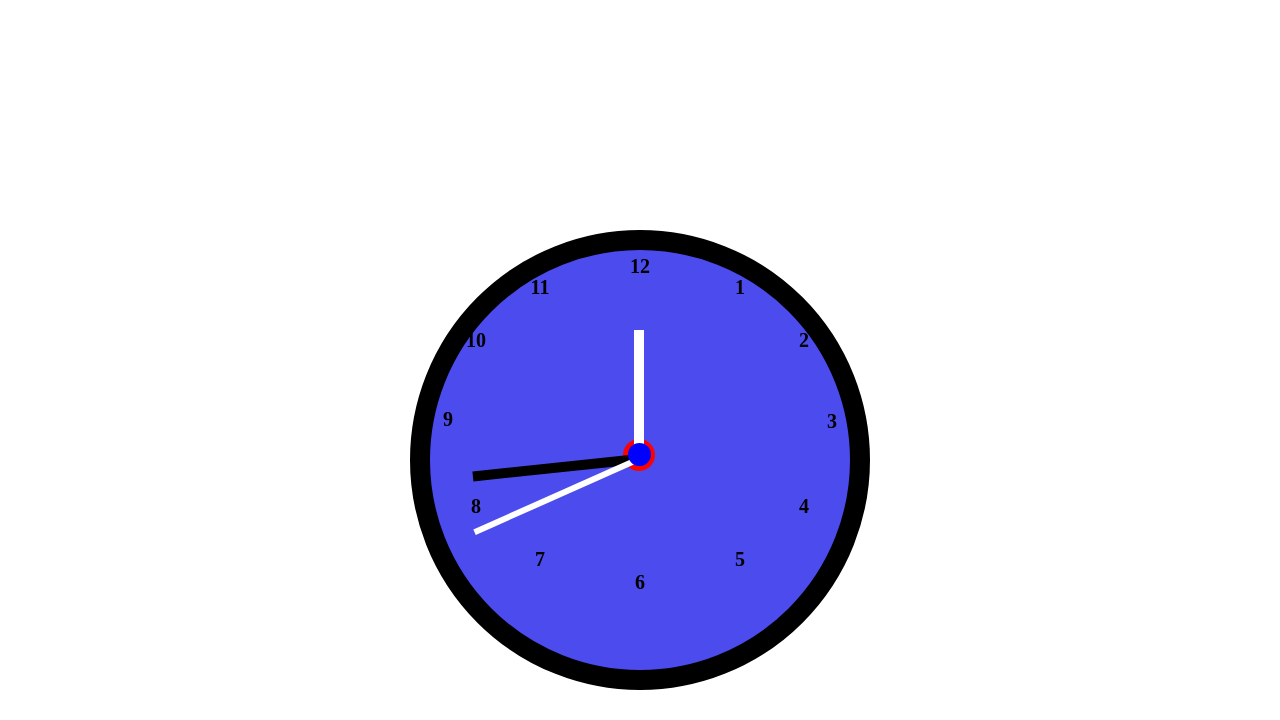
Repository: Eugene44-hub/Analog-clock
Page: index.html
An editor plug-in stored every save of this project. The page is shown before and after a run of saves, followed by the edit.
The browser window is 1280 px wide. The pictures show the whole page.

Above is the page before, as saved 2021-09-04 19:48:12.

After the next 2 saves:
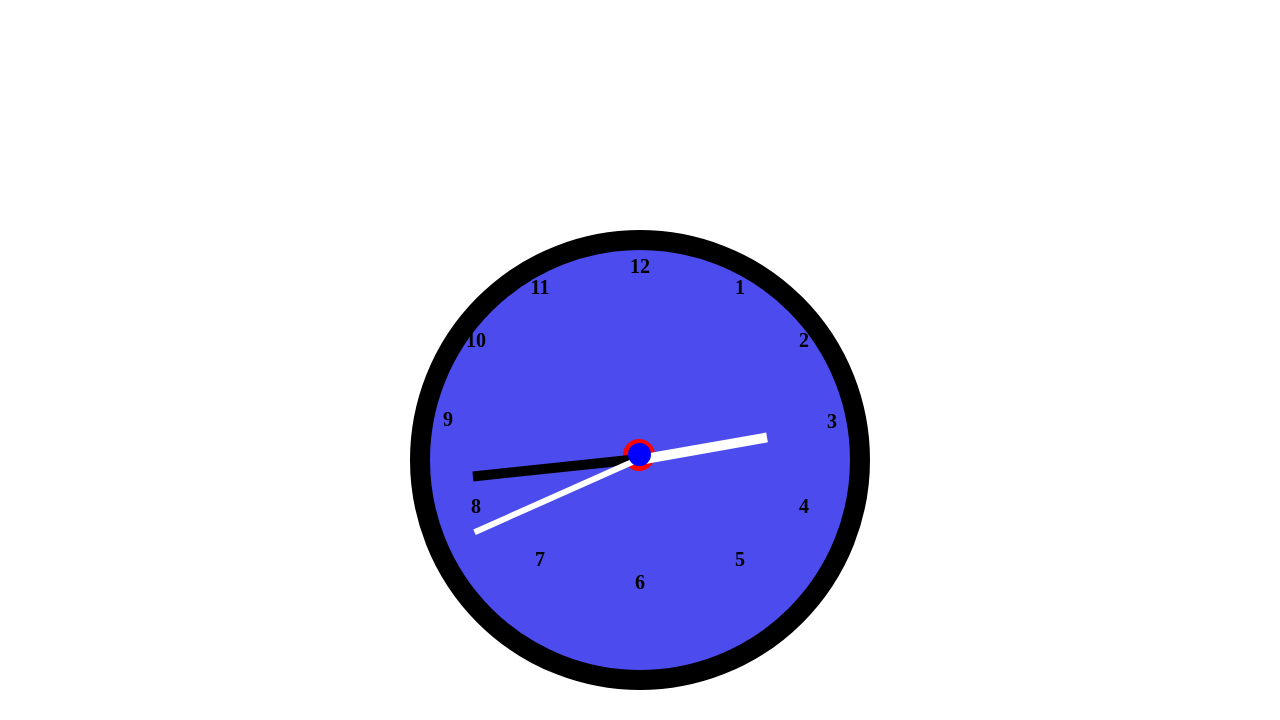
The 2 saves are shown as one change because they came seconds apart.
The last was saved 7 s later.
--- a/app.js
+++ b/app.js
@@ -11,4 +11,4 @@ minutes = date.getMinutes();
 console.log(hours)
 second.style.transform = ` rotate(${seconds*6}deg)`;
 minute.style.transform = `rotate(${minutes*6}deg)`;
-hour.style.transform = `rotate(${hours}drg)`;
+hour.style.transform = `rotate(${hours}deg)`;

After the save that followed:
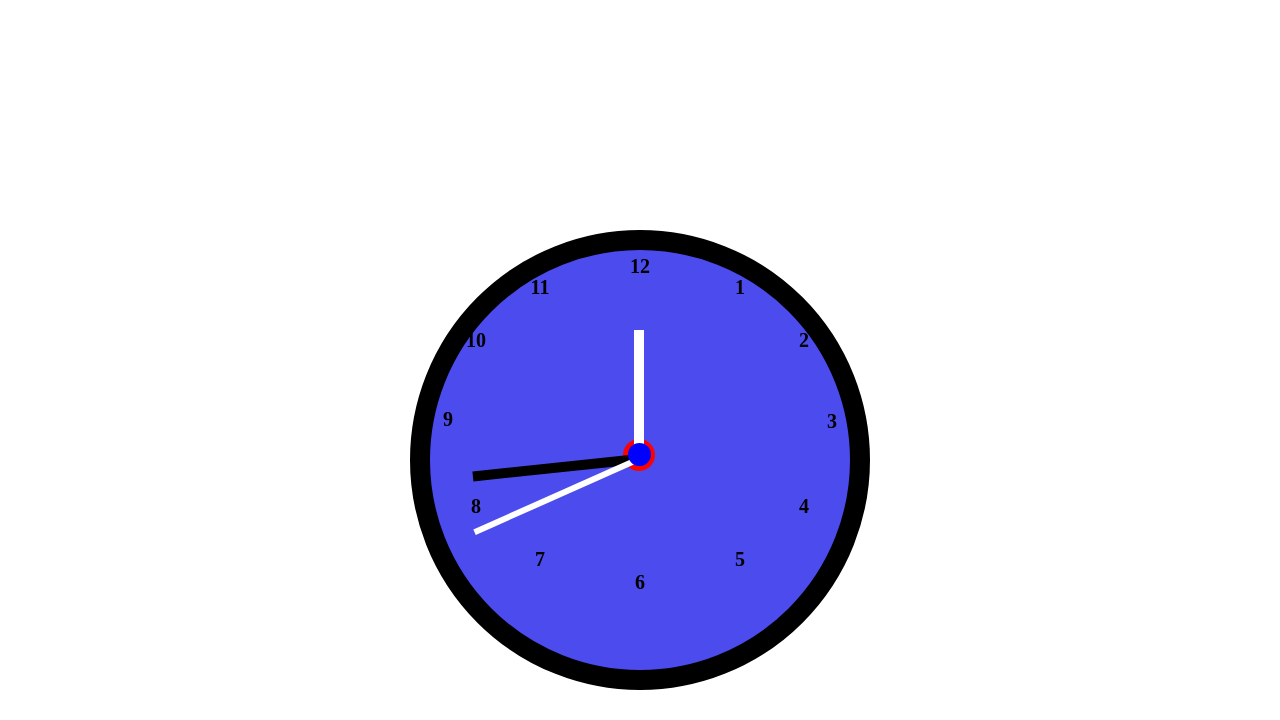
Saved 102 s later.
--- a/app.js
+++ b/app.js
@@ -5,7 +5,7 @@ hour = document.querySelector('.hour');
 minute = document.querySelector('.minute');
 date = new Date();
 seconds = date.getSeconds();
-hours = date.getTime();
+hours = date.getH;
 minutes = date.getMinutes();
 
 console.log(hours)
